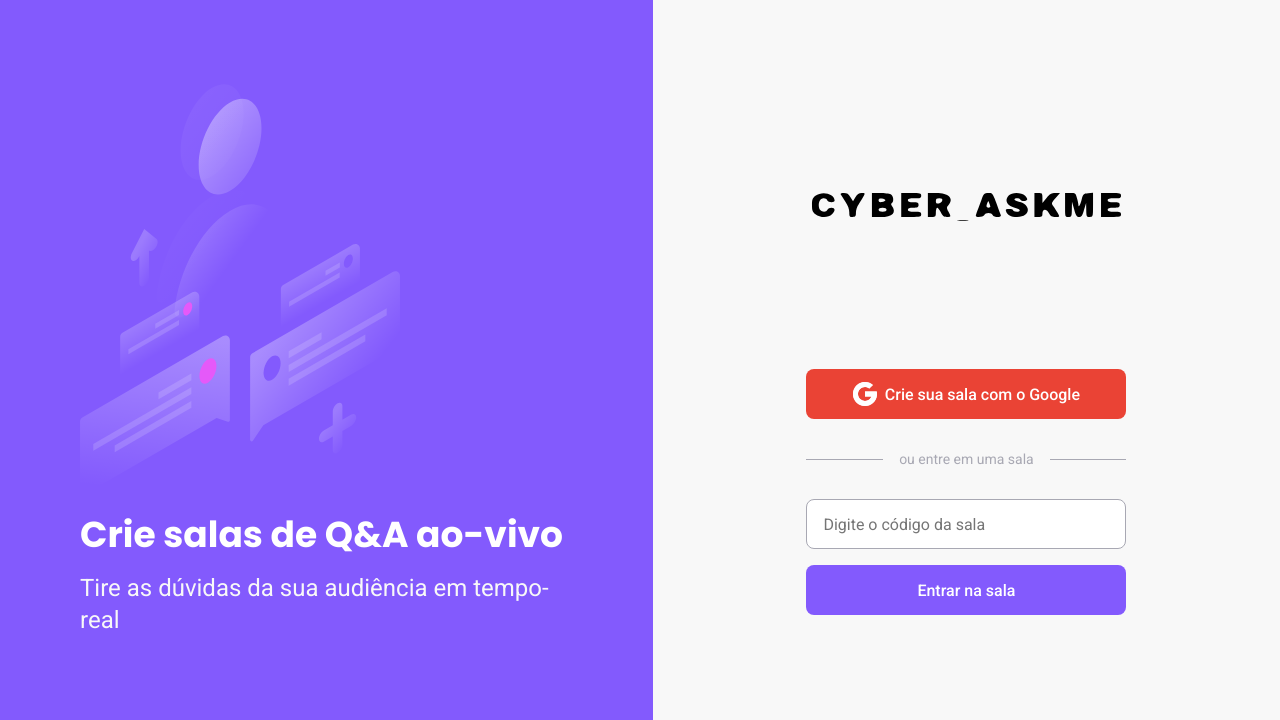
Repository: DevSecOpsRodrigo/cyberx
Page: /
The author's editor kept a copy of each file at every save. The page is drawn from the files as they stood at one save, then again after the next save.
The browser window is 1280 px wide. The pictures show the whole page.
The project was rebuilt for these pictures with package versions that can differ from the ones it lists, and the page was loaded fresh each time. Also part of the build but not shown: src/pages/NewRoom.tsx, src/components/Question/styles.scss, src/components/Question/index.tsx, src/styles/room-code.scss, src/components/RoomCode.tsx, src/hooks/useRoom.ts, src/styles/room.scss, src/pages/Room.tsx and 1 more.

Above is the page before, as saved 2021-07-19 03:31:58.

### public/index.html
<!DOCTYPE html>
<html lang="en">
  <head>
    <meta charset="utf-8" />
    <meta name="viewport" content="width=device-width, initial-scale=1" />

    <link rel="preconnect" href="https://fonts.gstatic.com">
    <link href="https://fonts.googleapis.com/css2?family=Poppins:wght@400;700&family=Roboto:wght@400;500&display=swap" rel="stylesheet">

    <link rel="shortcut icon" href="favicon.png" />
    <title>Letmeask</title>
  </head>
  <body>
    <noscript>You need to enable JavaScript to run this app.</noscript>
    <div id="root"></div>
  </body>
</html>

### src/App.tsx
import { BrowserRouter, HashRouter, Route, Switch } from 'react-router-dom'

import { Home } from "./pages/Home";
import { NewRoom } from "./pages/NewRoom";
import { Room } from './pages/Room';
import { AdminRoom } from './pages/AdminRoom';

import { AuthContextProvider } from './contexts/AuthContext'

function App() {
  return (
   <HashRouter>
     <BrowserRouter>
       <AuthContextProvider>
         <Switch>
           <Route path="/" exact component={Home} />
           <Route path="/rooms/new" component={NewRoom} />
           <Route path="/rooms/:id" component={Room} />

           <Route path="/admin/rooms/:id" component={AdminRoom} />
         </Switch>
       </AuthContextProvider>
     </BrowserRouter>
    </HashRouter>
  );
}

export default App;

### src/services/firebase.ts
import firebase from 'firebase/app';

import 'firebase/auth';
import 'firebase/database';

const firebaseConfig = {
  apiKey: "AIzaSyB8s760YcuM7_H1orjfoDASmH31FOrPwCY",
  authDomain: "letmeask-projeto-a2916.firebaseapp.com",
  databaseURL: "https://letmeask-projeto-a2916-default-rtdb.firebaseio.com",
  projectId: "letmeask-projeto-a2916",
  storageBucket: "letmeask-projeto-a2916.appspot.com",
  messagingSenderId: "230011109510",
  appId: "1:230011109510:web:68f979985c181dc15bd107"
};


  firebase.initializeApp(firebaseConfig);

  export const auth = firebase.auth();
  export const database = firebase.database();

  export {firebase}

### src/pages/Home.tsx
import { useHistory } from 'react-router-dom'
import { FormEvent, useState } from 'react';

import illustrationImg from '../assets/images/illustration.svg'
import logoImg from '../assets/images/logo.svg';
import googleIconImg from '../assets/images/google-icon.svg';

import { database } from '../services/firebase';

import { Button } from '../components/Button';
import { useAuth } from '../hooks/useAuth';

import '../styles/auth.scss';

export function Home() {
  const history = useHistory();
  const { user, signInWithGoogle } = useAuth()
  const [roomCode, setRoomCode] = useState('');

  async function handleCreateRoom() {
    if (!user) {
      await signInWithGoogle()
    }

    history.push('/rooms/new');
  }

  async function handleJoinRoom(event: FormEvent) {
    event.preventDefault();

    if (roomCode.trim() === '') {
      return;
    }

    const roomRef = await database.ref(`rooms/${roomCode}`).get();

    if (!roomRef.exists()) {
      alert('Room does not exists.');
      return;
    }

    if (roomRef.val().endedAt) {
      alert('Room already closed.');
      return;
    }

    history.push(`/rooms/${roomCode}`);
  }

  return (
    <div id="page-auth">
      <aside>
        <img src={illustrationImg} alt="Ilustração simbolizando perguntas e respostas" />
        <strong>Crie salas de Q&amp;A ao-vivo</strong>
        <p>Tire as dúvidas da sua audiência em tempo-real</p>
      </aside>
      <main>
        <div className="main-content">
          <img src={logoImg} alt="Letmeask" />
          <button onClick={handleCreateRoom} className="create-room">
            <img src={googleIconImg} alt="Logo do Google" />
            Crie sua sala com o Google
          </button>
          <div className="separator">ou entre em uma sala</div>
          <form onSubmit={handleJoinRoom}>
            <input
              type="text"
              placeholder="Digite o código da sala"
              onChange={event => setRoomCode(event.target.value)}
              value={roomCode}
            />
            <Button type="submit">
              Entrar na sala
            </Button>
          </form>
        </div>
      </main>
    </div>
  )
}

### src/contexts/AuthContext.tsx
import { createContext, ReactNode, useEffect, useState } from "react";
import { auth, firebase } from "../services/firebase";

type User = {
  id: string;
  name: string;
  avatar: string;
}

type AuthContextType = {
  user: User | undefined;
  signInWithGoogle: () => Promise<void>;
}

type AuthContextProviderProps = {
  children: ReactNode;
}

export const AuthContext = createContext({} as AuthContextType);

export function AuthContextProvider(props: AuthContextProviderProps) {
  const [user, setUser] = useState<User>();

  useEffect(() => {
    const unsubscribe = auth.onAuthStateChanged(user => {
      if (user) {
        const { displayName, photoURL, uid } = user

        if (!displayName || !photoURL) {
          throw new Error('Missing information from Google Account.');
        }

        setUser({
          id: uid,
          name: displayName,
          avatar: photoURL
        })
      }
    })

    return () => {
      unsubscribe();
    }
  }, [])

  async function signInWithGoogle() {
    const provider = new firebase.auth.GoogleAuthProvider();

    const result = await auth.signInWithPopup(provider);

    if (result.user) {
      const { displayName, photoURL, uid } = result.user

      if (!displayName || !photoURL) {
        throw new Error('Missing information from Google Account.');
      }

      setUser({
        id: uid,
        name: displayName,
        avatar: photoURL
      })
    }
  }

  return (
    <AuthContext.Provider value={{ user, signInWithGoogle }}>
      {props.children}
    </AuthContext.Provider>
  );
}

### src/styles/auth.scss
#page-auth {
  display: flex;
  align-items: stretch;
  height: 100vh;

  aside {
    flex: 7;

    background: #835afd;
    color: #FFF;

    display: flex;
    flex-direction: column;
    justify-content: center;

    padding: 120px 80px;

    img {
      max-width: 320px;
    }

    strong {
      font: 700 36px 'Poppins', sans-serif;
      line-height: 42px;
      margin-top: 16px;
    }

    p {
      font-size: 24px;
      line-height: 32px;
      margin-top: 16px;
      color: #f8f8f8;
    }
  }

  main {
    flex: 8;

    padding: 0 32px;

    display: flex;
    align-items: center;
    justify-content: center;
  }

  .main-content {
    display: flex;
    flex-direction: column;
    width: 100%;
    max-width: 320px;
    align-items: stretch;
    text-align: center;

    > img {
      align-self: center;
    }

    h2 {
      font-size: 24px;
      margin: 64px 0 24px;
      font-family: 'Poppins', sans-serif;
    }

    form {
      input {
        height: 50px;
        border-radius: 8px;
        padding: 0 16px;
        background: #FFF;
        border: 1px solid #a8a8b3;
      }

      button {
        margin-top: 16px;
      }

      button, input {
        width: 100%;
      }
    }

    p {
      font-size: 14px;
      color: #737380;
      margin-top: 16px;

      a {
        color: #e559f9;
      }
    }
  }

  .create-room {
    margin-top: 64px;
    height: 50px;
    border-radius: 8px;
    font-weight: 500;
    background: #ea4335;
    color: #FFF;

    display: flex;
    justify-content: center;
    align-items: center;

    cursor: pointer;
    border: 0;

    transition: filter 0.2s;

    img {
      margin-right: 8px;
    }

    &:hover {
      filter: brightness(0.9);
    }
  }

  .separator {
    font-size: 14px;
    color: #a8a8b3;

    margin: 32px 0;
    display: flex;
    align-items: center;

    &::before {
      content: '';
      flex: 1;
      height: 1px;
      background: #a8a8b3;
      margin-right: 16px;
    }

    &::after {
      content: '';
      flex: 1;
      height: 1px;
      background: #a8a8b3;
      margin-left: 16px;
    }
  }
}

Loaded but not shown: src/index.tsx (common file); src/styles/global.scss (common file); src/components/Button.tsx (common file); src/hooks/useAuth.ts (common file); src/styles/button.scss (common file)

After the next save:
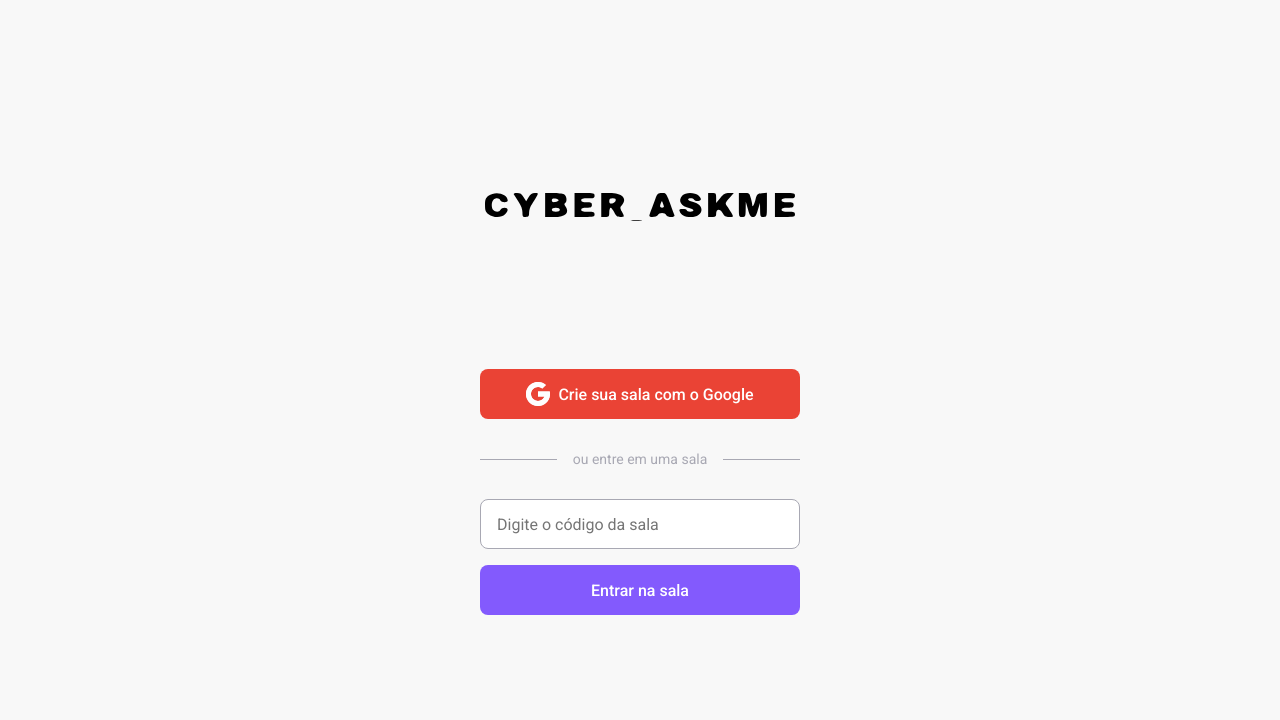
Saved 9 s later.
--- a/src/pages/Home.tsx
+++ b/src/pages/Home.tsx
@@ -49,11 +49,7 @@ export function Home() {
 
   return (
     <div id="page-auth">
-      <aside>
-        <img src={illustrationImg} alt="Ilustração simbolizando perguntas e respostas" />
-        <strong>Crie salas de Q&amp;A ao-vivo</strong>
-        <p>Tire as dúvidas da sua audiência em tempo-real</p>
-      </aside>
+
       <main>
         <div className="main-content">
           <img src={logoImg} alt="Letmeask" />
